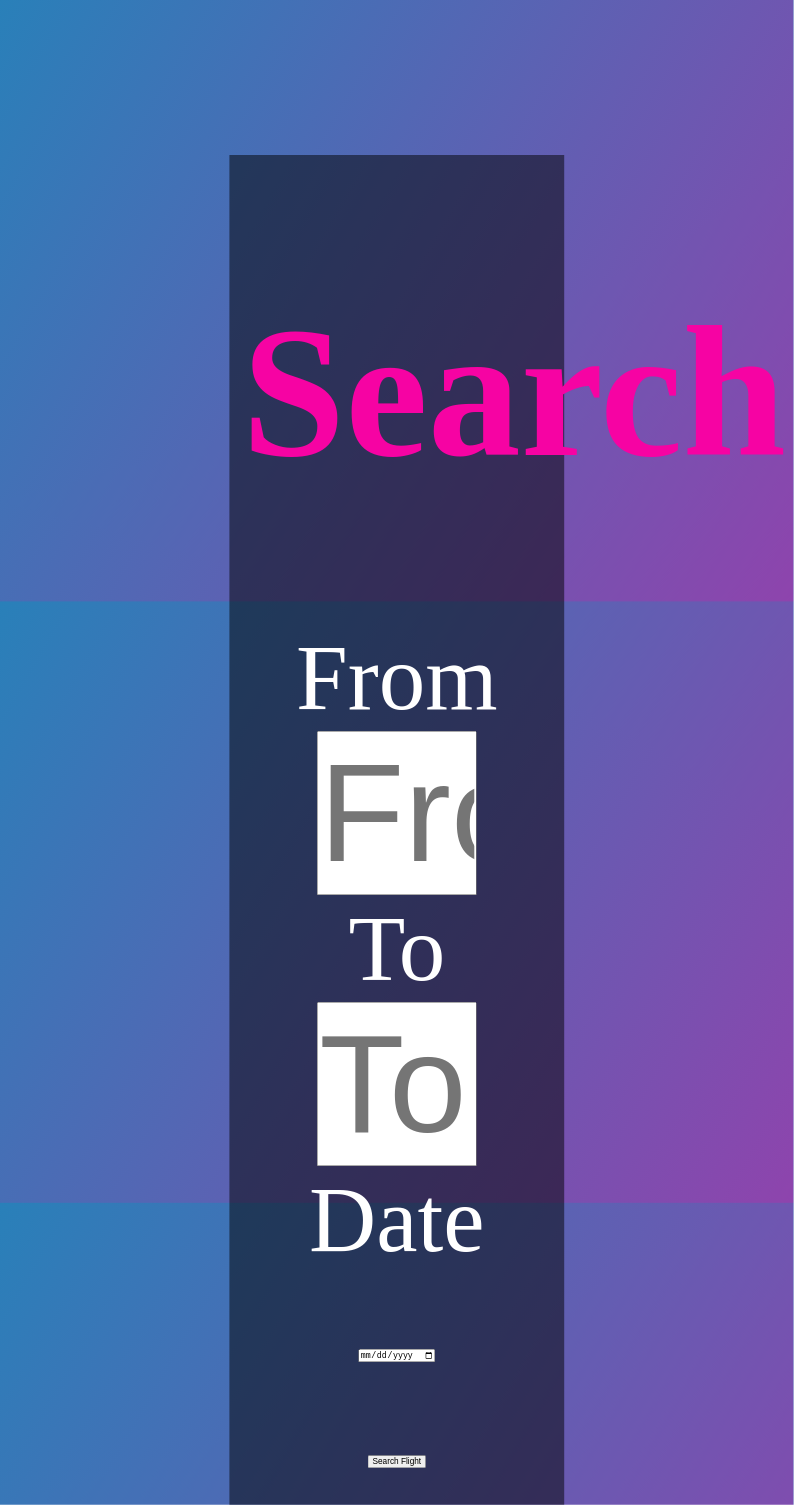
Repository: kalpesh3070/backend2
Page: flyaway/src/main/webapp/Home.html
These files come from the project's save history. The page is drawn as it stood at one moment and after the next save; the edit follows.
The browser window is 1280 px wide. The pictures show the whole page, at 62% of full size.

Above is the page before, as saved 2022-11-13 18:56:53.

After the next save:
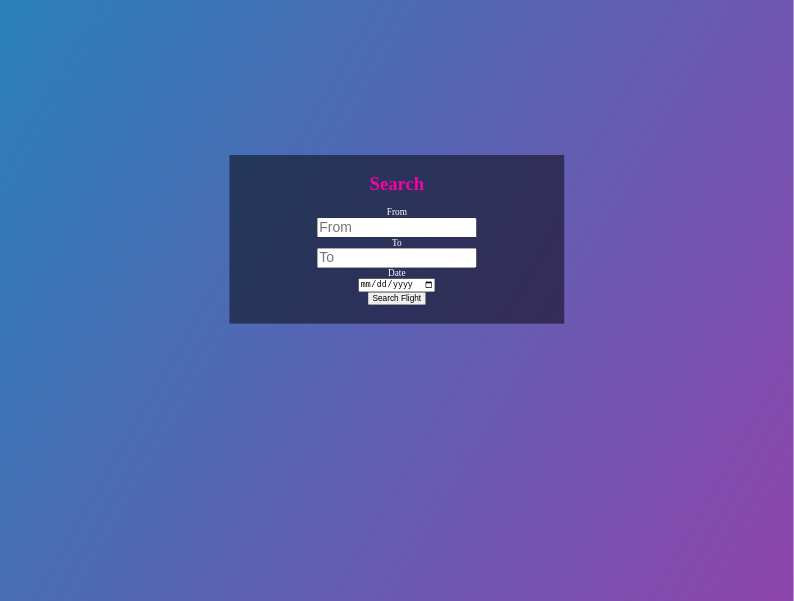
Saved 12 s later.
--- a/flyaway/src/main/webapp/home.css
+++ b/flyaway/src/main/webapp/home.css
@@ -14,7 +14,7 @@ background-color: rgba(0,0,0,.5);
 padding:10px 20px 30px;
 margin:250px auto;
 color:white;
-font-size:150px;
+font-size:15px;
 
 }
 
